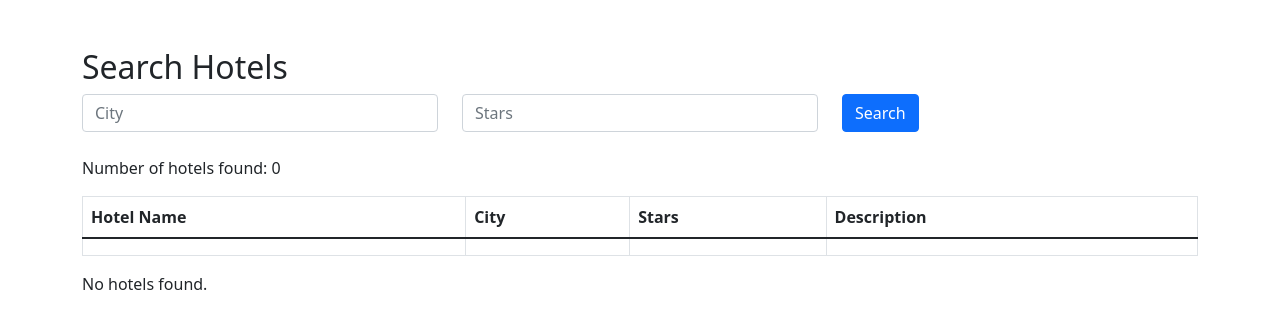
Repository: Trikisalem/examentp_jakarta
Page: http://localhost/hotel/searchHotels.jsp
An editor plug-in stored every save of this project. The page is shown before and after the next save, followed by the edit.
The browser window is 1280 px wide. The pictures show the whole page.
The page is served by Tomcat 10. Nobody is signed in. The application's start-up code is not run. Other server files are loaded and not shown. Queries for data that is not in the repository find no rows.

Above is the page before, as saved 2024-12-17 13:14:18.

### hotel/src/main/webapp/searchHotels.jsp
<%@ page language="java" contentType="text/html; charset=UTF-8" pageEncoding="UTF-8"%>
<%@ page import="java.sql.*" %>
<%@ page import="java.util.List" %>
<%@ page import="java.util.ArrayList" %>
<%@ page import="model.Hotel" %> <!-- Assurez-vous d'importer correctement la classe Hotel -->

<!DOCTYPE html>
<html lang="en">
<head>
    <meta charset="UTF-8">
    <meta http-equiv="X-UA-Compatible" content="IE=edge">
    <meta name="viewport" content="width=device-width, initial-scale=1.0">
    <title>Search Hotels</title>
    <link href="https://cdn.jsdelivr.net/npm/bootstrap@5.1.3/dist/css/bootstrap.min.css" rel="stylesheet">
</head>
<body>
    <div class="container mt-5">
        <h2>Search Hotels</h2>

        <!-- Formulaire de recherche -->
        <form action="searchHotels.jsp" method="get" class="mb-4">
            <div class="row">
                <div class="col">
                    <input type="text" class="form-control" name="city" placeholder="City">
                </div>
                <div class="col">
                    <input type="number" class="form-control" name="stars" placeholder="Stars">
                </div>
                <div class="col">
                    <button type="submit" class="btn btn-primary">Search</button>
                </div>
            </div>
        </form>

        <!-- Logique JSP pour la recherche d'hôtels -->
        <%
            // Récupération des paramètres de la requête
            String city = request.getParameter("city");
            String starsStr = request.getParameter("stars");

            int stars = 0;
            if (starsStr != null && !starsStr.isEmpty()) {
                try {
                    stars = Integer.parseInt(starsStr);
                } catch (NumberFormatException e) {
                    stars = 0; // Si la conversion échoue, utiliser la valeur par défaut
                }
            }

            List<Hotel> hotels = new ArrayList<>();
            Connection conn = null;
            PreparedStatement ps = null;
            ResultSet rs = null;

            try {
                // Charger le driver MySQL
                Class.forName("com.mysql.cj.jdbc.Driver");

                // Connexion à la base de données
                String dbUrl = "jdbc:mysql://localhost:3306/hotel_management"; // Changez le nom de votre base de données
                String dbUsername = "root"; // Votre nom d'utilisateur MySQL
                String dbPassword = "triki"; // Votre mot de passe MySQL

                conn = DriverManager.getConnection(dbUrl, dbUsername, dbPassword);

                // Préparer la requête de recherche d'hôtels
                String sql = "SELECT * FROM hotel WHERE city LIKE ? AND stars >= ?";
                ps = conn.prepareStatement(sql);
                ps.setString(1, "%" + (city != null ? city : "") + "%"); // Recherche insensible à la casse pour la ville
                ps.setInt(2, stars);

                rs = ps.executeQuery();

                // Ajouter les hôtels récupérés à la liste
                while (rs.next()) {
                    Hotel hotel = new Hotel(
                        rs.getInt("id"),
                        rs.getString("name"),
                        rs.getString("city"),
                        rs.getInt("stars"),
                        rs.getString("description"),
                        rs.getString("image"),
                        rs.getInt("agentId") // Nous stockons l'agentId, mais il ne sera pas affiché
                    );
                    hotels.add(hotel);
                }

                // Debugging: Vérifier si des hôtels ont été récupérés
                out.println("<p>Number of hotels found: " + hotels.size() + "</p>");

            } catch (Exception e) {
                // Afficher l'exception pour le débogage
                e.printStackTrace();
                out.println("<p>Error occurred: " + e.getMessage() + "</p>");
            } finally {
                // Fermer les ressources de base de données
                try {
                    if (rs != null) rs.close();
                    if (ps != null) ps.close();
                    if (conn != null) conn.close();
                } catch (SQLException e) {
                    e.printStackTrace();
                }
            }

            // Passer la liste des hôtels récupérés à la page
            request.setAttribute("hotels", hotels);
        %>

        <!-- Affichage des résultats -->
        <c:if test="${not empty hotels}">
            <table class="table table-bordered">
                <thead>
                    <tr>
                        <th>Hotel Name</th>
                        <th>City</th>
                        <th>Stars</th>
                        <th>Description</th>
                    </tr>
                </thead>
                <tbody>
                    <!-- Itérer sur les hôtels récupérés et afficher les données -->
                    <c:forEach var="hotel" items="${hotels}">
                        <tr>
                            <td>${hotel.name}</td>
                            <td>${hotel.city}</td>
                            <td>${hotel.stars}</td>
                            <td>${hotel.description}</td>
                        </tr>
                    </c:forEach>
                </tbody>
            </table>
        </c:if>

        <!-- Message si aucun hôtel n'est trouvé -->
        <c:if test="${empty hotels}">
            <p>No hotels found.</p>
        </c:if>

    </div>

    <!-- Inclusion des scripts JavaScript nécessaires -->
    <script src="https://cdn.jsdelivr.net/npm/@popperjs/core@2.11.6/dist/umd/popper.min.js"></script>
    <script src="https://cdn.jsdelivr.net/npm/bootstrap@5.1.3/dist/js/bootstrap.min.js"></script>
</body>
</html>

After the next save:
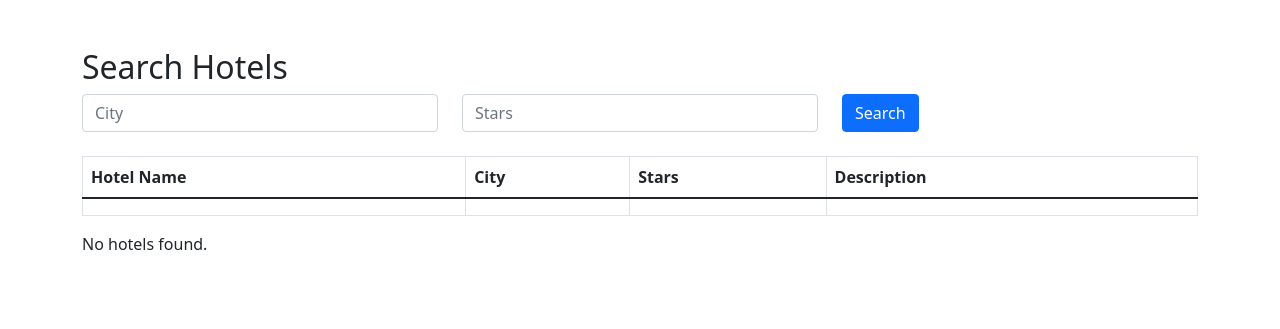
Saved 111 s later.
--- a/hotel/src/main/webapp/searchHotels.jsp
+++ b/hotel/src/main/webapp/searchHotels.jsp
@@ -57,9 +57,9 @@
                 Class.forName("com.mysql.cj.jdbc.Driver");
 
                 // Connexion à la base de données
-                String dbUrl = "jdbc:mysql://localhost:3306/hotel_management"; // Changez le nom de votre base de données
+                String dbUrl = "jdbc:mysql://localhost:3306/your_database"; // Changez le nom de votre base de données
                 String dbUsername = "root"; // Votre nom d'utilisateur MySQL
-                String dbPassword = "triki"; // Votre mot de passe MySQL
+                String dbPassword = "password"; // Votre mot de passe MySQL
 
                 conn = DriverManager.getConnection(dbUrl, dbUsername, dbPassword);
 
@@ -84,9 +84,6 @@
                     );
                     hotels.add(hotel);
                 }
-
-                // Debugging: Vérifier si des hôtels ont été récupérés
-                out.println("<p>Number of hotels found: " + hotels.size() + "</p>");
 
             } catch (Exception e) {
                 // Afficher l'exception pour le débogage
